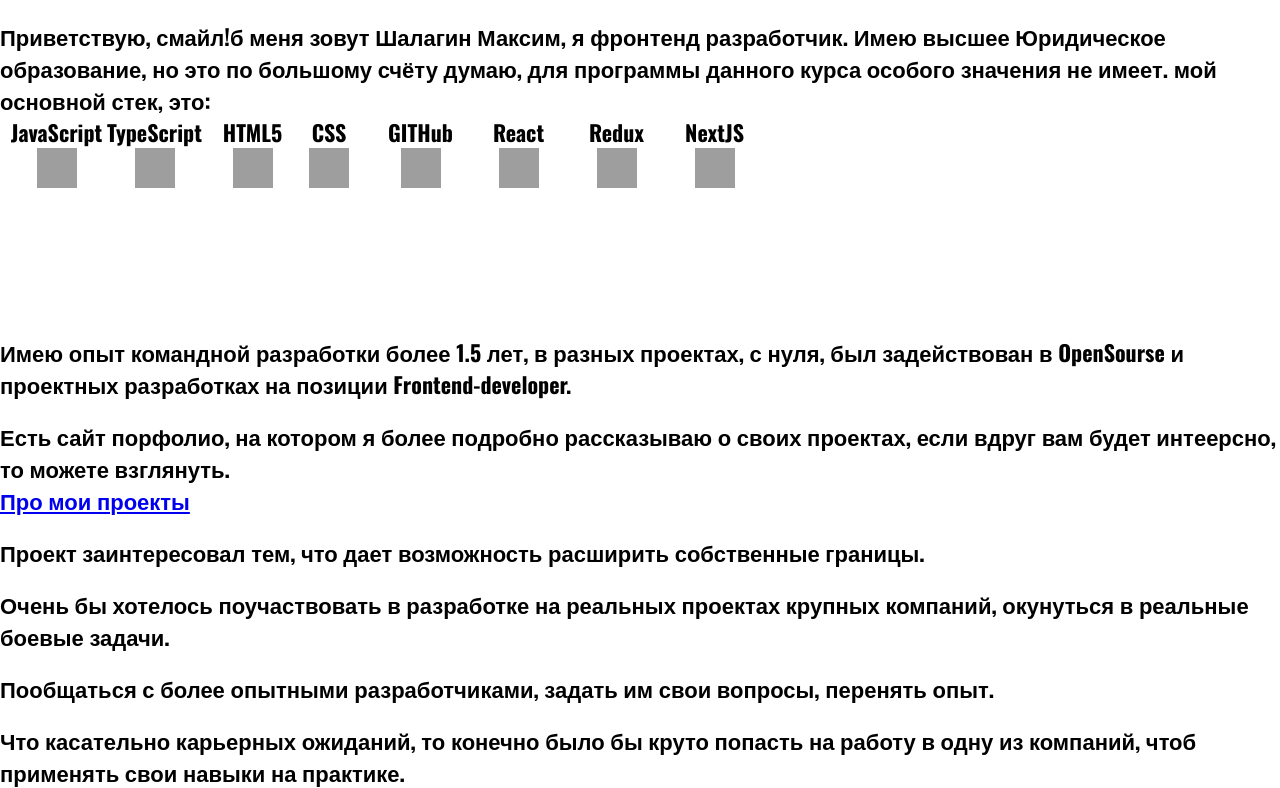
Repository: ni4egonepridumal/letter
Page: index.html
The author's editor kept a copy of each file at every save. The page is drawn from the files as they stood at one save, then again after the next save.
The browser window is 1280 px wide. The pictures show the whole page.
Pictures or frames that could not be fetched are drawn as grey boxes.

Above is the page before, as saved 2024-01-18 17:33:27.

### index.html
<!DOCTYPE html>
<html lang="en">
  <head>
    <meta charset="UTF-8" />
    <meta name="viewport" content="width=device-width, initial-scale=1.0" />
    <link rel="stylesheet" href="style.css" />
    <link rel="preconnect" href="https://fonts.googleapis.com" />
    <link rel="preconnect" href="https://fonts.gstatic.com" crossorigin />
    <link
      href="https://fonts.googleapis.com/css2?family=Oswald:wght@200..700&display=swap"
      rel="stylesheet"
    />
    <title>Document</title>
  </head>
  <body>
    <div class="container">
      <p>
        Приветствую, смайл!б меня зовут Шалагин Максим, я фронтенд разработчик.
        Имею высшее Юридическое образование, но это по большому счёту думаю, для
        программы данного курса особого значения не имеет. мой основной стек,
        это:
      </p>
      <div class="myScills">
        <div class="img">
          <label>JavaScript</label
          ><img
            src="https://raw.githubusercontent.com/devicons/devicon/master/icons/javascript/javascript-original.svg"
            alt="javascript"
            width="40"
            height="40"
          />
        </div>
        <div class="img">
          <label>TypeScript</label
          ><img
            src="https://raw.githubusercontent.com/devicons/devicon/master/icons/typescript/typescript-original.svg"
            alt="typescript"
            width="40"
            height="40"
          />
        </div>
        <div class="img">
          <label>HTML5</label
          ><img
            src="https://raw.githubusercontent.com/devicons/devicon/master/icons/html5/html5-original-wordmark.svg"
            alt="html5"
            width="40"
            height="40"
          />
        </div>
        <div class="img_css">
          <label>CSS</label
          ><img
            src="https://raw.githubusercontent.com/devicons/devicon/master/icons/css3/css3-original-wordmark.svg"
            alt="css3"
            width="40"
            height="40"
          />
        </div>
        <div class="img">
          <label>GITHub</label
          ><img
            src="https://raw.githubusercontent.com/devicons/devicon/master/icons/github/github-original.svg"
            alt="git"
            width="40"
            height="40"
          />
        </div>
        <div class="img">
          <label>React</label
          ><img
            src="https://raw.githubusercontent.com/devicons/devicon/master/icons/react/react-original-wordmark.svg"
            alt="react"
            width="40"
            height="40"
          />
        </div>
        <div class="img">
          <label>Redux</label
          ><img
            src="https://raw.githubusercontent.com/devicons/devicon/master/icons/redux/redux-original.svg"
            alt="redux"
            width="40"
            height="40"
          />
        </div>
        <div class="img">
          <label>NextJS</label
          ><img
            src="https://cdn.worldvectorlogo.com/logos/nextjs-2.svg"
            alt="nextjs"
            width="40"
            height="40"
          />
        </div>
      </div>
      <ul>
        <li></li>
        <li></li>
        <li></li>
        <li></li>
      </ul>
      <p>
        Имею опыт командной разработки более 1.5 лет, в разных проектах, с нуля,
        был задействован в OpenSourse и проектных разработках на позиции
        Frontend-developer.
      </p>
      <p>
        Есть сайт порфолио, на котором я более подробно рассказываю о своих
        проектах, если вдруг вам будет интеерсно, то можете взглянуть.
      </p>
      <a href="https://portfolio-three-taupe-20.vercel.app/">Про мои проекты</a>
      <p>
        Проект заинтересовал тем, что дает возможность расширить собственные
        границы.
      </p>
      <p>
        Очень бы хотелось поучаствовать в разработке на реальных проектах
        крупных компаний, окунуться в реальные боевые задачи.
      </p>
      <p>
        Пообщаться с более опытными разработчиками, задать им свои вопросы,
        перенять опыт.
      </p>
      <p>
        Что касательно карьерных ожиданий, то конечно было бы круто попасть на
        работу в одну из компаний, чтоб применять свои навыки на практике.
      </p>
    </div>
  </body>
</html>

### style.css
* {
  margin: 0;
  padding: 0;
  box-sizing: border-box;
}

body {
  font-size: 22px;
  font-weight: 700;
  font-family: "Oswald", sans-serif;
}
p {
  margin-top: 20px;
}
.container {
  max-width: 1600px;
  margin: 0 auto;
}
.myScills {
  display: flex;
  flex-wrap: wrap;
}
.img {
  width: 83px;
  display: flex;
  justify-content: center;
  flex-wrap: wrap;
  margin-left: 15px;
}
.img_css {
  width: 70px;
  display: flex;
  justify-content: center;
  flex-wrap: wrap;
}

After the next save:
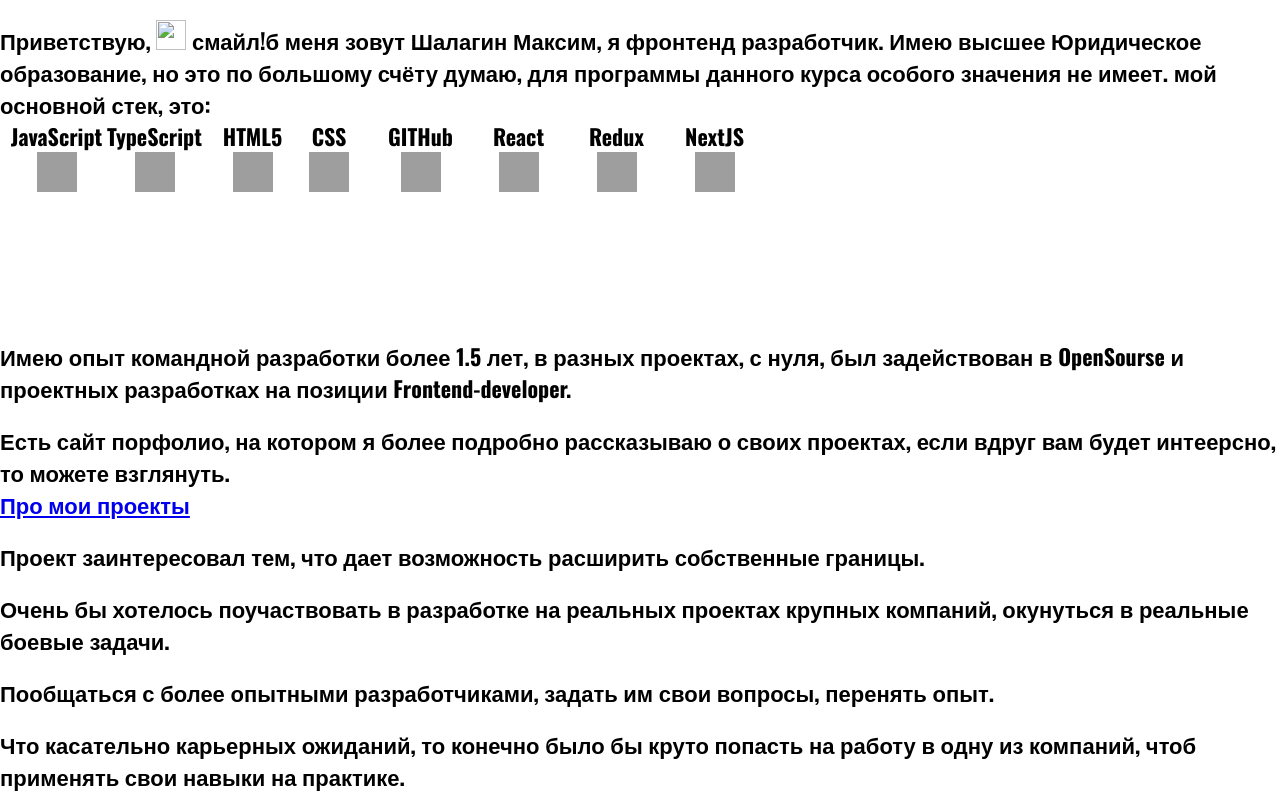
Saved 118 s later.
--- a/index.html
+++ b/index.html
@@ -15,10 +15,16 @@
   <body>
     <div class="container">
       <p>
-        Приветствую, смайл!б меня зовут Шалагин Максим, я фронтенд разработчик.
-        Имею высшее Юридическое образование, но это по большому счёту думаю, для
-        программы данного курса особого значения не имеет. мой основной стек,
-        это:
+        Приветствую,
+        <span>
+          <img
+            src="https://yandex.ru/images/search?from=tabbar&img_url=https%3A%2F%2Fi.pinimg.com%2Foriginals%2F85%2Fcf%2F81%2F85cf81f8b2d110903e669544108dc50f.png&lr=56&pos=24&rpt=simage&text=%D0%BC%D0%B0%D1%88%D1%83%D1%89%D0%B8%D0%B9%20%D1%81%D0%BC%D0%B0%D0%B9%D0%BB"
+            width="30"
+            height="30"
+          /> </span
+        >смайл!б меня зовут Шалагин Максим, я фронтенд разработчик. Имею высшее
+        Юридическое образование, но это по большому счёту думаю, для программы
+        данного курса особого значения не имеет. мой основной стек, это:
       </p>
       <div class="myScills">
         <div class="img">
